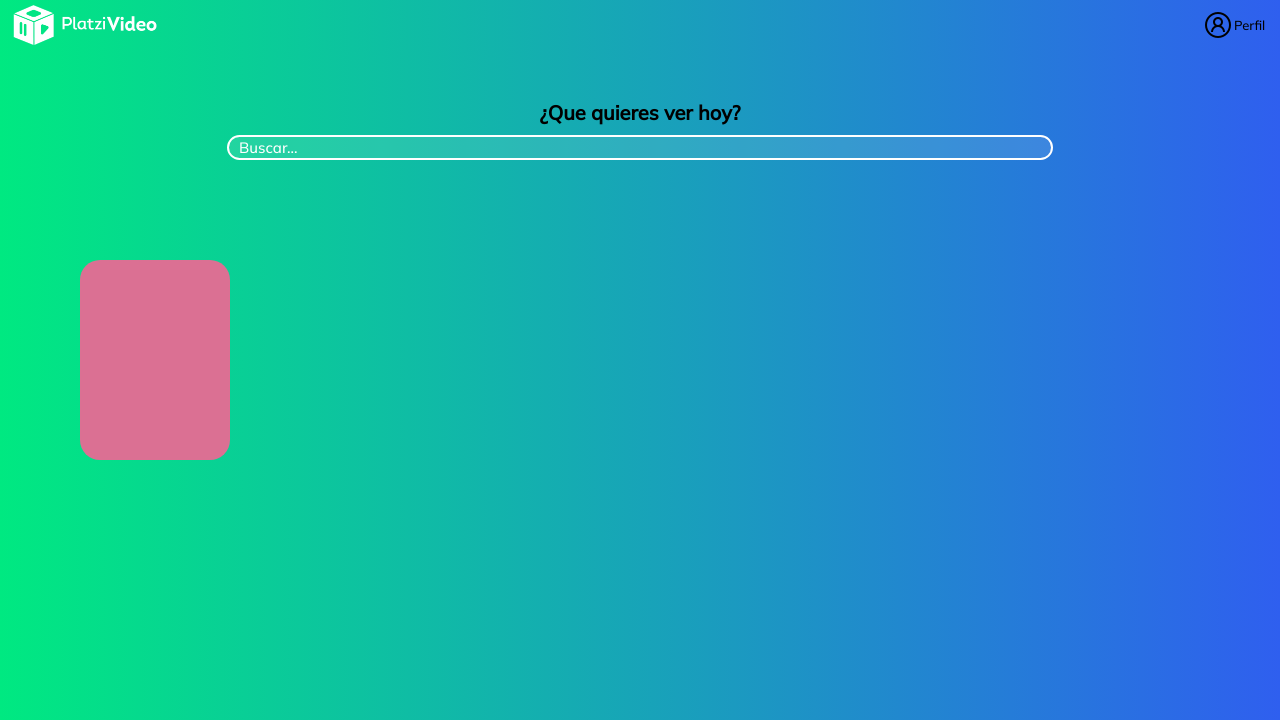
Repository: EnzoSz/Curso_frontend_dev
Page: proyecto/index.html
An editor plug-in stored every save of this project. The page is shown before and after the next save, followed by the edit.
The browser window is 1280 px wide. The pictures show the whole page.

Above is the page before, as saved 2021-03-03 18:19:50.

### proyecto/index.html
<!DOCTYPE html>
<html lang="en">
<head>
    <meta charset="UTF-8">
    <meta http-equiv="X-UA-Compatible" content="IE=edge">
    <meta name="viewport" content="width=device-width, initial-scale=1.0">
    <link rel="stylesheet" href="./CSS/style.css">
    <link rel="preconnect" href="https://fonts.gstatic.com">
    <link href="https://fonts.googleapis.com/css2?family=Mulish:wght@500&display=swap" rel="stylesheet">
    <title>Platzi Video</title>
</head>
<body>
    <header class="header">
        <img class="header__img" src="./Asset/icon/logo-platzi-video-header.png" alt="Imagen logo de platzi">
        <div class="header__menu">
            <div class="header__menu--profile">
                <img src="./Asset/icon/icons-usuario.png" alt="imagen de usuario">
                <p>Perfil</p>
            </div>
            <div>
                <ul>
                    <li><a href="#">Cuenta</a></li>
                    <li><a href="#">Cerrar Sesión</a></li>
                </ul>
            </div>
        </div>
    </header>
    <main>
        <section class="nav">
            <h2 class="nav__title">¿Que quieres ver hoy?</h2>
            <input class="input" type="text" placeholder="Buscar...">
        </section>
        <section class="carousel">
            <div class="carousel__container">
                <div class="carousel__item">

                </div>
            </div>
        </section>
    </main>
</body>
</html>

### proyecto/CSS/style.css
* {
    margin: 0;
    padding: 0;
    box-sizing: border-box;
}
html {
    font-size: 62.5%;
}
body {
    background-color: #00e981;
    background-image: linear-gradient(90deg, #00e981 0%, #2f5fef 100%);
    font-family: 'Mulish', sans-serif;
    margin: 0;
}
.header {
    width: 100%;
    height: 50px;
    background-color: #00e981;
    background-image: linear-gradient(90deg, #00e981 0%, #2f5fef 100%);
    display: flex;
    justify-content: space-between;
    align-items: center;
}
.header__img {
    width: 150px;
    margin: 0 0 0 10px;
    height: auto;
}
.header__menu {
    margin-right: 30px;
}
.header__menu ul {
    display: none;
    list-style: none;
    padding: 0;
    position: absolute;
    width: 100px;
    text-align: right;
    font-size: 1.3rem;
    font-weight: 500;
    line-height: 1.9rem;
    color: black;
    margin: 0px 0px 0px -36px;
}
.header__menu:hover ul, ul:hover {
    display: block;
}
.header__menu li {
    margin: 10px 0px;

}
.header__menu li a {
    text-decoration: none;
    color: black;
}
.header__menu li a:hover{
    text-decoration: underline;
}
.header__menu--profile {
    margin-right: 8px;
    width: 40px;
    display: flex;
}
.header__menu--profile p {
    margin: auto;
    font-weight: 500;
    font-size: 1.3rem;
    line-height: 1.9rem;
}
main {
    height: 300px;
    padding: 50px;

}
.nav {
    text-align: center;
}
.nav__title {
    color: black;
    font-size: 20px;
    padding-bottom: 10px;
}
.input {
  background-color: rgba(255, 255, 255, 0.1);
  border: 2px solid white;
  border-radius: 25px;
  color: white;
  font-family: 'Mulish', sans-serif;
  font-size: 15px;
  height: 25px;
  padding: 0px 10px;
  width: 70%;
  outline: none;
}
::placeholder {
    color: white;
}
.carousel {
    width: 100%;
    overflow: scroll;
    padding: 30px;
    position: relative;
}
.carousel__container {
    white-space: nowrap;
    margin: 70px 0px;
    padding-bottom: 10px;
}
.carousel__item {
    background-color: palevioletred;
    width: 150px;
    height: 200px;
    border-radius: 20px;
    overflow: hidden;
    margin-right: 10px;
    display: inline-block;
    cursor: pointer;
    transition: 450ms all;
    transform-origin: center left;
}
.carousel__item:hover ~ .carousel__item {
    transform: translate(100px, 0, 0);
}
.carousel__container:hover  .carousel__item {
    opacity: 0.3;
}
.carousel__container:hover  .carousel__item:hover {
    transform: scale(1.2);
    opacity: 1;
}

After the next save:
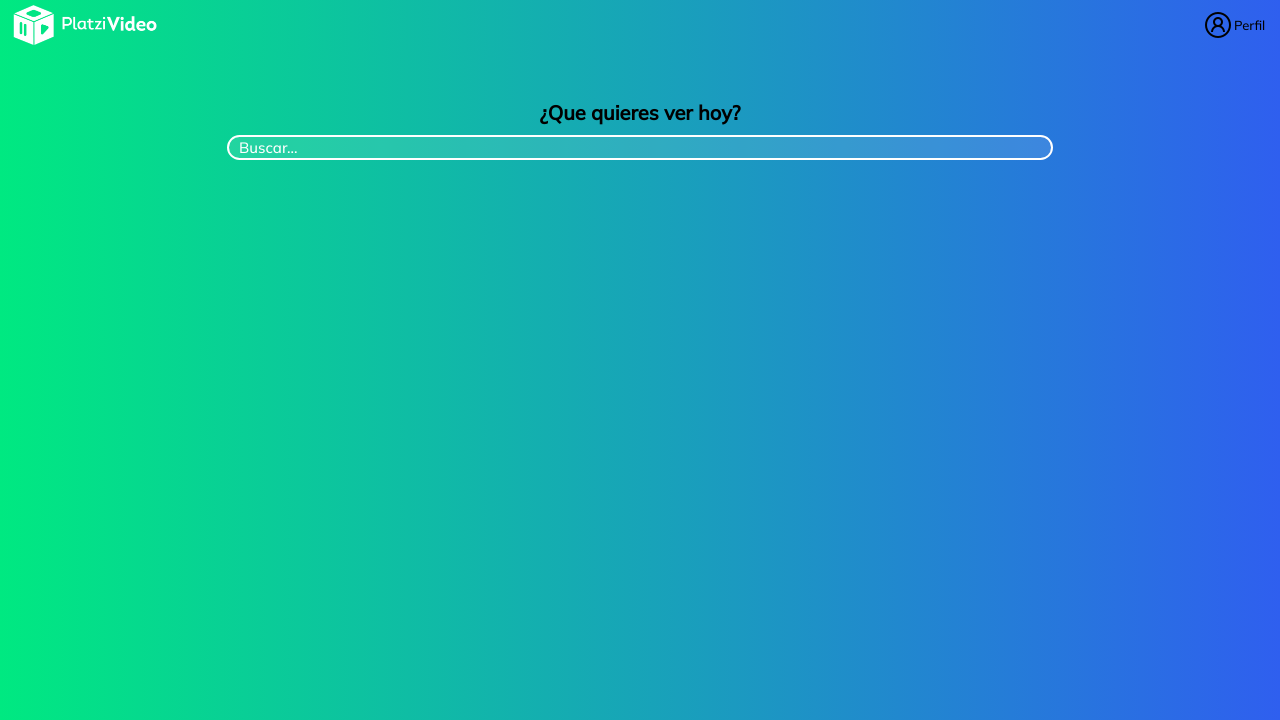
Saved 5 min 12 s later.
--- a/proyecto/index.html
+++ b/proyecto/index.html
@@ -32,7 +32,7 @@
         </section>
         <section class="carousel">
             <div class="carousel__container">
-                <div class="carousel__item">
+                <div class="carousel-item">
 
                 </div>
             </div>

After the save that followed:
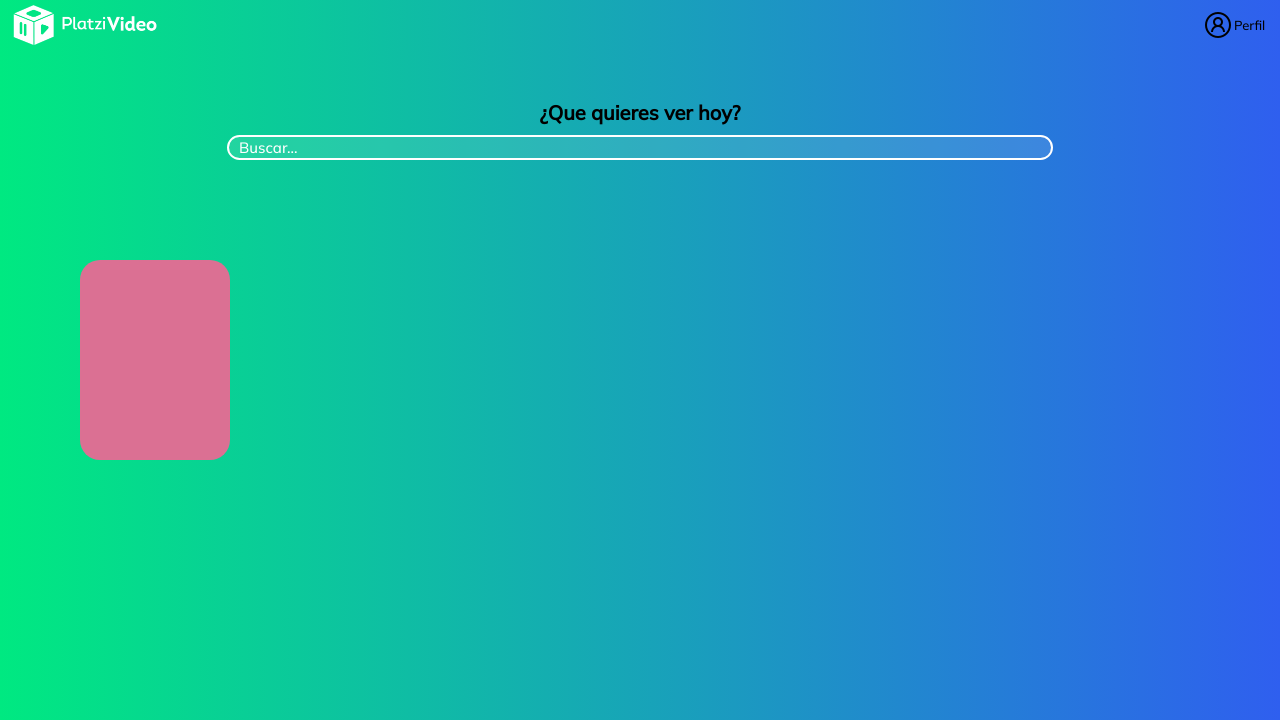
Saved 35 s later.
--- a/proyecto/CSS/style.css
+++ b/proyecto/CSS/style.css
@@ -106,7 +106,7 @@
     margin: 70px 0px;
     padding-bottom: 10px;
 }
-.carousel__item {
+.carousel-item {
     background-color: palevioletred;
     width: 150px;
     height: 200px;
@@ -118,13 +118,13 @@
     transition: 450ms all;
     transform-origin: center left;
 }
-.carousel__item:hover ~ .carousel__item {
+.carousel__item:hover ~ .carousel-item {
     transform: translate(100px, 0, 0);
 }
-.carousel__container:hover  .carousel__item {
+.carousel__container:hover  .carousel-item {
     opacity: 0.3;
 }
-.carousel__container:hover  .carousel__item:hover {
+.carousel__container:hover  .carousel-item:hover {
     transform: scale(1.2);
     opacity: 1;
 }
